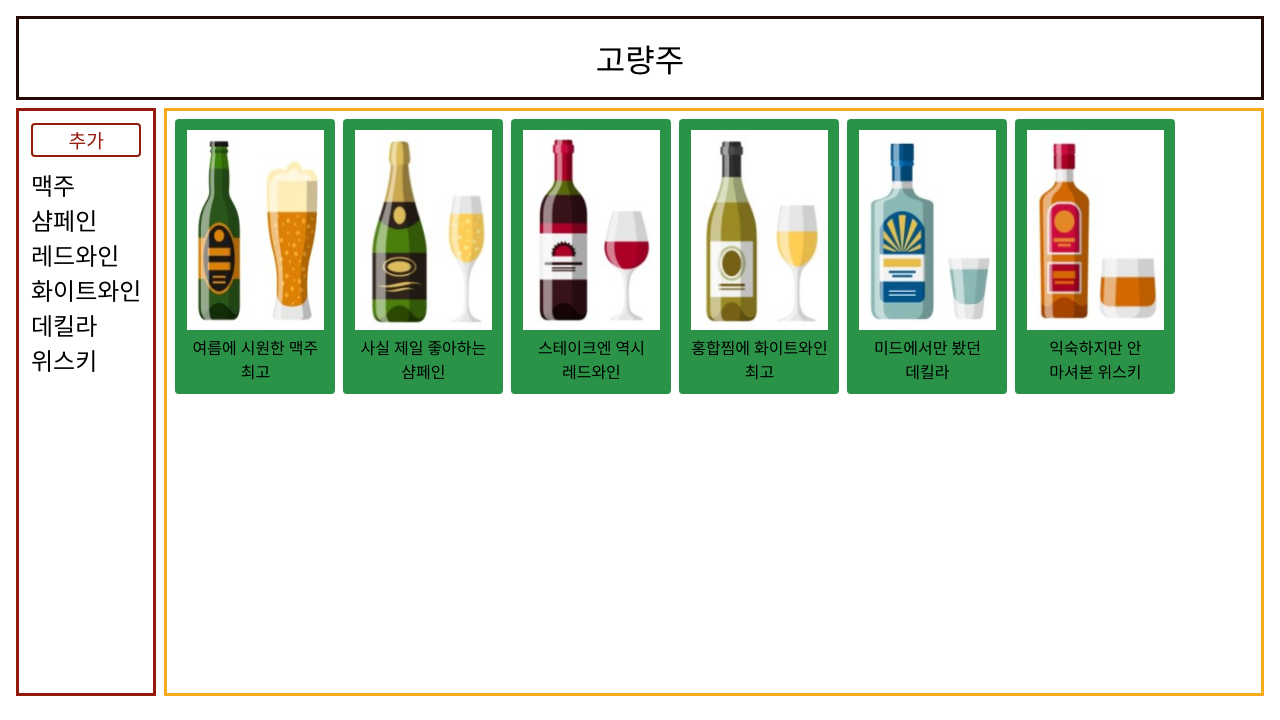
Repository: Jay-JYKim91/grj_2nd_week
Page: index.html
These files come from the project's save history. The page is drawn as it stood at one moment and after the next save; the edit follows.
The browser window is 1280 px wide. The pictures show the whole page.
The pointer rests on the first visible `.btn`.
Some web fonts or font styles are not loaded; a fallback is used.

Above is the page before, as saved 2022-05-17 09:10:12.

### index.html
<!DOCTYPE html>
<html lang="en">
<head>
    <meta charset="UTF-8">
    <meta http-equiv="X-UA-Compatible" content="IE=edge">
    <meta name="viewport" content="width=device-width, initial-scale=1.0">
    <title>고량주 2주차</title>
    <link rel="stylesheet" href="./styles.css">
    <script src="./main.js" defer></script>
</head>
<body>
    <header>
        <span>고량주</span>
    </header>
    <main>
        <aside>
            <button id="openModalBtn" class="btn">추가</button>
            <span>맥주</span>
            <span>샴페인</span>
            <span>레드와인</span>
            <span>화이트와인</span>
            <span>데킬라</span>
            <span>위스키</span>
        </aside>
        <section class="cards">
            <div class="card">
                <img src="./images/beer.png" alt="beer">
                <span>여름에 시원한 맥주 최고</span>
            </div>
            <div class="card">
                <img src="./images/champagne.png" alt="champagne">
                <span>사실 제일 좋아하는 샴페인</span>
            </div>
            <div class="card">
                <img src="./images/red_wine.png" alt="red_wine">
                <span>스테이크엔 역시 레드와인</span>
            </div>
            <div class="card">
                <img src="./images/white_wine.png" alt="white_wine">
                <span>홍합찜에 화이트와인 최고</span>
            </div>
            <div class="card">
                <img src="./images/tequila.png" alt="tequila">
                <span>미드에서만 봤던 데킬라</span>
            </div>
            <div class="card">
                <img src="./images/whiskey.png" alt="whiskey">
                <span>익숙하지만 안 마셔본 위스키</span>
            </div>
        </section>
    </main>

    <div id="addItemModal" class="modal">
        <form class="modal-content">
            <span class="close">X</span>
            <label for="name" class="label">이름</label>
            <input id="name" type="text" placeholder="꼬냑" class="input" maxlength="6" required/>
            <label for="image" class="label">이미지</label>
            <input id="imageURL" type="text" placeholder="URL" class="input" required />
            <label for="description" class="label">내용</label>
            <input id="description" type="text" placeholder="프랑스 꼬냑 지방에서 생산한대요" class="input" required />
            <button type="submit" id="addItemBtn" class="btn">저장</button>
        </form>
    </div>
</body>
</html>

### styles.css
@import url("https://fonts.googleapis.com/css2?family=Hahmlet:wght@400;500&display=swap");

* {
  box-sizing: border-box;
  font-family: "Hahmlet", serif;
}

html,
body {
  height: 100%;
  margin: 0;
}

body {
  padding: 1rem;
}

header {
  border: 3px solid #220901;
  padding: 0.5em;
  font-size: 2rem;
  text-align: center;
}

main {
  display: flex;
  margin: 0.5rem 0;
  gap: 0.5rem;
  height: calc(100% - 100px);
}

aside {
  display: flex;
  flex-direction: column;
  border: 3px solid #941b0c;
  padding: 0.5em;
  font-size: 1.5rem;
  min-width: max-content;
}

.btn {
  background-color: #941b0c;
  border-radius: 4px;
  border: 2px solid #941b0c;
  color: white;
  font-size: 1.2rem;
  margin-bottom: 0.5em;
}

.btn:hover {
  background-color: white;
  color: #941b0c;
  cursor: pointer;
}

.cards {
  display: flex;
  flex-wrap: wrap;
  border: 3px solid #f6aa1c;
  padding: 0.5em;
  gap: 0.5em;
  overflow-y: scroll;
  width: 100%;
}

.card {
  display: flex;
  flex-direction: column;
  background-color: #2b9348;
  padding: 0.7em;
  text-align: center;
  word-break: keep-all;
  height: fit-content;
  min-height: 275px;
  border-radius: 4px;
  width: 10rem;
}

.card img {
  height: 200px;
  margin-bottom: 0.3em;
}

.modal {
  display: none;
  position: fixed;
  z-index: 1;
  left: 0;
  top: 0;
  width: 100%;
  height: 100%;
  overflow: auto;
  background-color: rgba(0, 0, 0, 0.4);
}

.modal.opened {
  display: block;
}

.modal-content {
  position: fixed;
  top: 50%;
  left: 50%;
  display: flex;
  flex-direction: column;
  width: 50%;
  min-width: 300px;
  padding: 2em 1.5em 1.5em 1.5em;
  transform: translate(-50%, -50%);
  background-color: white;
  border-radius: 4px;
  font-size: 1.2rem;
}

.modal-content label,
.modal-content input {
  margin-bottom: 0.3rem;
  font-size: 1.2rem;
}

.modal-content input {
  padding: 0.3em;
  border: 2px solid #941b0c;
  outline: none;
  border-radius: 4px;
}

.modal-content input:focus {
  border: 2px solid #f6aa1c;
}

.modal-content .btn {
  margin-top: 1em;
}

.close {
  position: absolute;
  top: 0;
  right: 0;
  padding: 0.5em 1.2em;
  font-size: 1.5rem;
  font-weight: bold;
}

.close:hover,
.close:focus {
  cursor: pointer;
}

@media only screen and (max-width: 600px) {
  .card {
    background-color: #ffff3f;
  }
}

@media only screen and (min-width: 601px) and (max-width: 768px) {
  .card {
    background-color: #d4d700;
  }
}

@media only screen and (min-width: 769px) and (max-width: 992px) {
  .card {
    background-color: #80b918;
  }
}

### main.js
// Open modal
document.getElementById('openModalBtn').addEventListener('click', openOrCloseModal);
document.getElementsByClassName('close')[0].addEventListener('click', openOrCloseModal);
window.addEventListener('click', (event) => {
    if (event.target === document.getElementById('addItemModal')) {
        openOrCloseModal(event);
    }
})

function openOrCloseModal () {
    document.getElementById('addItemModal').classList.toggle('opened');
}

// Add new item
document.getElementsByClassName('modal-content')[0].addEventListener('submit', clickAddItemBtn);

function addItem(name, imageURL, description) {
    const asideSpan = document.createElement('span');
    asideSpan.textContent = name;
    document.getElementsByTagName('aside')[0].appendChild(asideSpan);

    const card = document.createElement('div');
    card.classList.add('card');
    card.innerHTML = `<img src="${imageURL}" alt="${name}">
                    <span>${description}</span>`
    document.getElementsByClassName('cards')[0].appendChild(card);
}

function clickAddItemBtn(event) {
    event.preventDefault();
    addItem(document.getElementById('name').value,
            document.getElementById('imageURL').value,
            document.getElementById('description').value)
    openOrCloseModal();
}

After the next save:
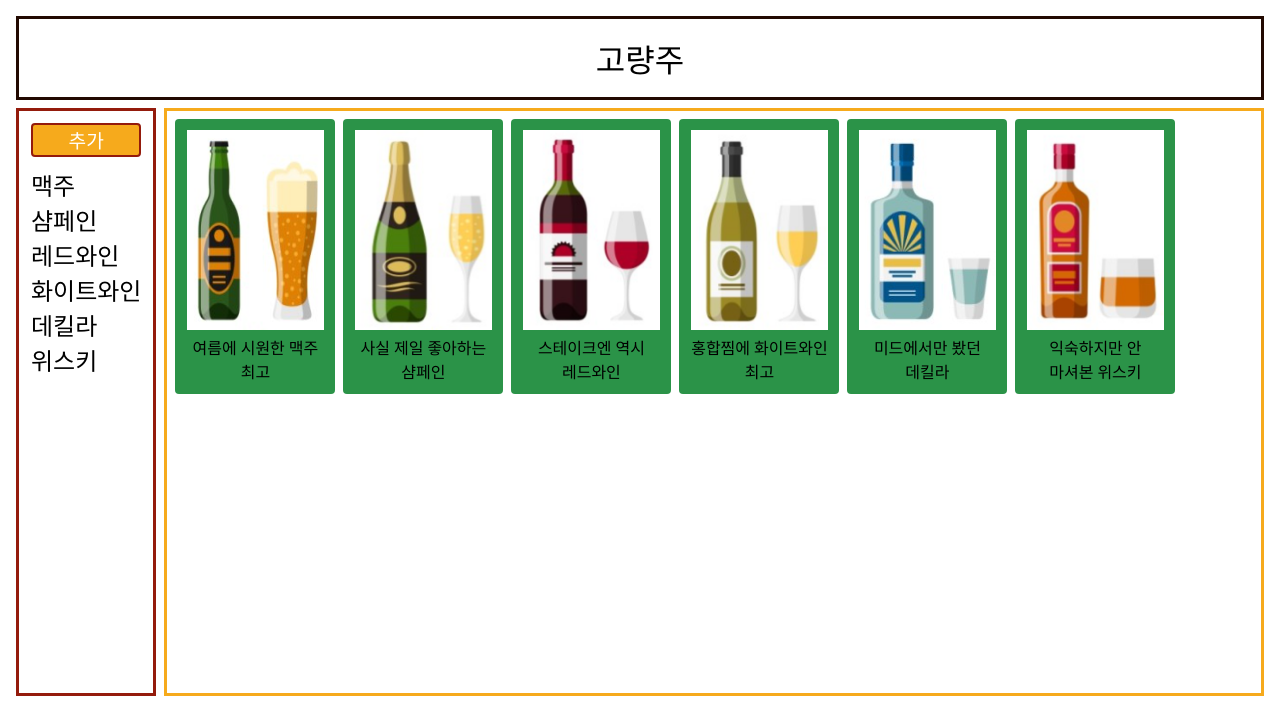
Saved 40 s later.
--- a/styles.css
+++ b/styles.css
@@ -48,8 +48,8 @@ aside {
 }
 
 .btn:hover {
-  background-color: white;
-  color: #941b0c;
+  background-color: #f6aa1c;
+  color: white;
   cursor: pointer;
 }
 
